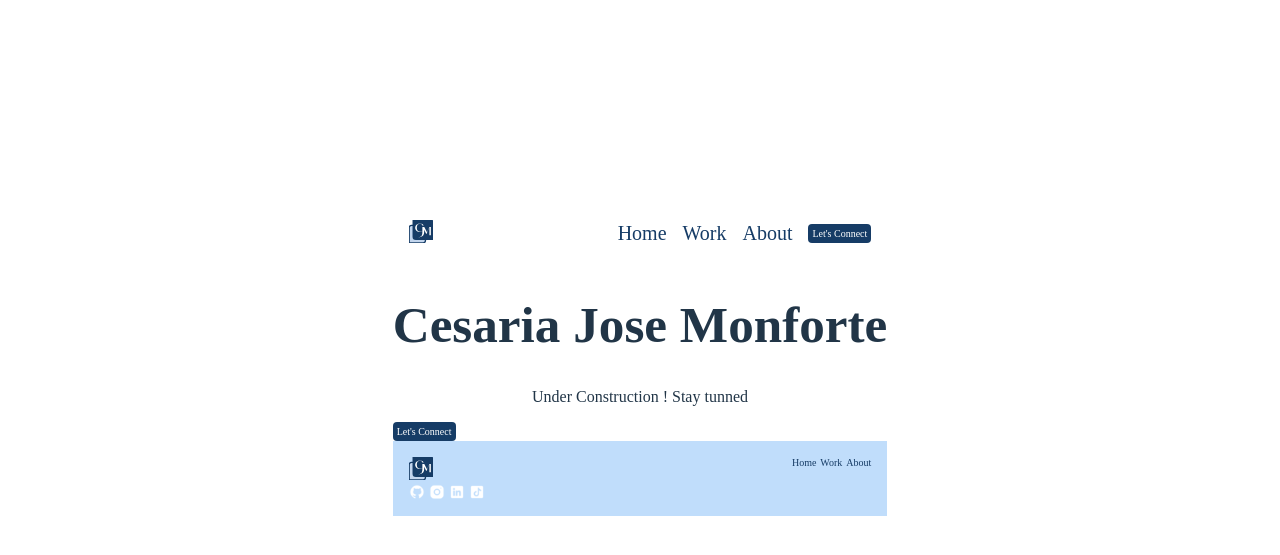
Repository: CesariaMonforte/cesariamonforte
Page: /
An editor plug-in stored every save of this project. The page is shown before and after the next save, followed by the edit.
The browser window is 1280 px wide. The pictures show the whole page.
The project was rebuilt for these pictures with package versions that can differ from the ones it lists, and the page was loaded fresh each time. Also part of the build but not shown: vite.config.js.

Above is the page before, as saved 2026-01-25 13:50:25.

### index.html
<!doctype html>
<html lang="en">
  <head>
    <meta charset="UTF-8" />
    <link rel="icon" type="image/svg+xml" href="/Logo.svg" />
    <meta name="viewport" content="width=device-width, initial-scale=1.0" />
    <title>cesariamonforte</title>
  </head>
  <body>
    <div id="root"></div>
    <script type="module" src="/src/main.jsx"></script>
  </body>
</html>

### src/index.css
a {
    font-weight: 500;
    color: #163c66;
    text-decoration: inherit;
}
a:hover {
    color: #535bf2;
}

body {
    margin: 0;
    display: flex;
    place-items: center;
    min-width: 320px;
    min-height: 100vh;
}

h1 {
    font-size: 3.2em;
    line-height: 1.1;
}

button {
    border-radius: 8px;
    border: 1px solid transparent;
    padding: 0.6em 1.2em;
    font-size: 1em;
    font-weight: 500;
    font-family: inherit;
    background-color: #1a1a1a;
    cursor: pointer;
    transition: border-color 0.25s;
}
button:hover {
    border-color: #646cff;
}
button:focus,
button:focus-visible {
    outline: 4px auto -webkit-focus-ring-color;
}

@media (prefers-color-scheme: light) {
    :root {
        color: #213547;
        background-color: #ffffff;
    }
    a:hover {
        color: #747bff;
    }
    button {
        background-color: #f9f9f9;
    }
}

/* ------------------------------------------------------ VARIABLES ------------------------------------------------------ */
:root {
    /* ----- COLORS ----- */
    --primary-50: #ebf4fe;
    --primary-100: #c0ddfb;
    --primary-200: #a2ccf9;
    --primary-300: #78b5f7;
    --primary-400: #5da6f5;
    --primary-500: #3590f3;
    --primary-600: #3083dd;
    --primary-700: #2666ad;
    --primary-800: #1d4f86;
    --primary-900: #163c66;

    --secondary-500: #aadc66;
    --secondary-100: #e5f4d0;
    --secondary-700: #799c48;
    /* -- neutral colors -- */

    --bege-500: #fdf7eb;
    --white: #ffffff;
    --black-500: #060606;
    --black-400: #383838;
    --black-300: #585858;
    --black-200: #8c8c8c;
    --black-100: #b2b2b2;
    --black-50: #e6e6e6;

    /* -- warn colors -- */

    --yellow-500: #ffbf00;
    --orange-500: #ff6600;
    --red-500: #ff2f3d;

    /* ----- TYPE ----- */
    --font-family: "Bricolage Grotesque", sans-serif;

    --font-size-extra-large: 88px;
    --font-size-large: 30px;
    --font-size-extra-medium: 24px;
    --font-size-medium: 20px;
    --font-size-regular: 16px;
    --font-size-small: 12px;
    --font-size-extra-small: 10px;

    --font-style-normal: normal;
    --font-weight-bold: bold;

    --line-height-xxlarge: 100px;
    --line-height-large: 36px;
    --line-height-medium: 28px;
    --line-height-small: 20px;

    /* ----- SPACING ----- */
    --space-extra-small: 4px;
    --space-small: 8px;
    --space-regular: 16px;
    --space-medium: 32px;
    --space-large: 48px;
    --space-extra-large: 140px;
}

### src/App.jsx
import { useState } from "react";
import "./App.css";

import NavBar from "./_ui/NavBar/NavBar";
import Footer from "./_ui/Footer/Footer";
import RegButton from "./_ui/RegButton/RegButton";

function App() {
    function handleConnect() {}

    return (
        <div>
            <NavBar />

            <div>
                <h1>Cesaria Jose Monforte</h1>
                <p>Under Construction ! Stay tunned</p>
            </div>

            <RegButton
                button_text="Let's Connect"
                onclick={handleConnect}
            />

            <Footer />
        </div>
    );
}

export default App;

### src/_ui/NavBar/NavBar.jsx
import styles from "./NavBar.module.css";

import RegButton from "../RegButton/RegButton";

function NavBar({}) {
    return (
        <div className={styles.navbar}>
            <div>
                <img
                    src='/Logo.svg'
                    alt='logo'
                    className={styles.logo}
                />
            </div>

            <div className={styles.navLinks}>
                <a href='/'>Home</a>
                <a href='/'>Work</a>
                <a href='/'>About</a>
                <RegButton button_text={"Let's Connect"} />
            </div>
        </div>
    );
}
export default NavBar;

### src/_ui/Footer/Footer.jsx
import styles from "./Footer.module.css";

function Footer({}) {
    return (
        <div className={styles.footer_container}>
            <div className={styles.container_logo_connection}>
                <img
                    src='/Logo.svg'
                    alt='logo'
                    className={styles.logo}
                />
                <div className={styles.connection_links}>
                    <img
                        src='/GitHub.svg'
                        alt='logo'
                        className={styles.connection}
                    />
                    <img
                        src='/Instagram.svg'
                        alt='logo'
                        className={styles.connection}
                    />
                    <img
                        src='/LinkedIn.svg'
                        alt='logo'
                        className={styles.connection}
                    />
                    <img
                        src='/TikTok.svg'
                        alt='logo'
                        className={styles.connection}
                    />
                </div>
            </div>

            <div className={styles.navLinks}>
                <a href='/'>Home</a>
                <a href='/'>Work</a>
                <a href='/'>About</a>
            </div>
        </div>
    );
}
export default Footer;

### src/_ui/RegButton/RegButton.jsx
import styles from "./RegButton.module.css";

function RegButton({ button_text, onclick }) {
    return (
        <>
            <div
                onclick={onclick}
                className={styles.button_reg}>
                {button_text}
            </div>
        </>
    );
}

export default RegButton;

### src/_ui/NavBar/NavBar.module.css
/* Extra small devices  */
@media (min-width: 200px) {
    .navbar {
        display: flex;
        flex-direction: row;
        justify-content: space-between;
        align-items: center;
        padding: 1rem;
        background-color: var(--white);
    }
    .navLinks {
        display: flex;
        flex-direction: row;
        justify-content: space-between;
        align-items: center;
        color: var(--primary-900);
        gap: 1rem;
        font-size: var(--font-size-extra-small);
    }
    .logo {
        width: 24px;
        height: auto;
    }
}

/* Regular iphone and tablet */

@media (min-width: 600px) {
    .navbar {
        display: flex;
        flex-direction: row;
        justify-content: space-between;
        align-items: center;
        padding: 1rem;
        background-color: var(--white);
    }
    .navLinks {
        display: flex;
        flex-direction: row;
        justify-content: space-between;
        align-items: center;
        color: var(--primary-900);
        gap: 1rem;
        font-size: var(--font-size-small);
    }
    .logo {
        width: 24px;
        height: auto;
    }
}

/* Laptops Desktop Devices */
@media (min-width: 900px) {
    .navbar {
        display: flex;
        flex-direction: row;
        justify-content: space-between;
        align-items: center;
        padding: 1rem;
        background-color: var(--white);
    }
    .navLinks {
        display: flex;
        flex-direction: row;
        justify-content: space-between;
        align-items: center;
        color: var(--primary-900);
        gap: 1rem;
        font-size: var(--font-size-medium);
    }
    .logo {
        width: 24px;
        height: auto;
    }
}

/* Extra large Desktop Devices */
@media (min-width: 1300) {
    .navbar {
        display: flex;
        flex-direction: row;
        justify-content: space-between;
        align-items: center;
        padding: 1rem;
        background-color: var(--white);
    }
    .navLinks {
        display: flex;
        flex-direction: row;
        justify-content: space-between;
        align-items: center;
        color: var(--primary-900);
        gap: 1rem;
        font-size: var(--font-size-medium);
    }
    .logo {
        width: 24px;
        height: auto;
    }
}

### src/_ui/Footer/Footer.module.css
/* Extra small devices  */
@media (min-width: 200px) {
    .footer_container {
        display: flex;
        flex-direction: row;

        align-items: flex-start;
        justify-content: space-between;
        padding: 1rem;
        background-color: var(--primary-100);
    }
    .navLinks {
        display: flex;
        flex-direction: row;
        gap: var(--space-extra-small);
        align-items: flex-end;
        color: var(--primary-900);
        font-size: var(--font-size-extra-small);
    }
    .logo {
        width: 24px;
        height: auto;
    }

    .container_logo_connection {
        display: flex;
        flex-direction: column;
        align-items: flex-start;
        gap: var(--space-extra-small);
    }

    .connection_links {
        display: flex;
        flex-direction: row;
        gap: var(--space-extra-small);
    }
    .connection {
        width: 16px;
        height: auto;
    }
}

/* Regular iphone and tablet */

@media (min-width: 600px) {
    .footer_container {
        display: flex;
        flex-direction: row;
        justify-content: space-between;
        align-items: flex-start;
        padding: 1rem;
        background-color: var(--primary-100);
    }
    .navLinks {
        display: flex;
        flex-direction: row;
        gap: var(--space-extra-small);
        align-items: flex-end;
        color: var(--primary-900);
        font-size: var(--font-size-extra-small);
    }
    .logo {
        width: 24px;
        height: auto;
    }

    .container_logo_connection {
        display: flex;
        flex-direction: column;
        align-items: flex-start;
        gap: var(--space-extra-small);
    }

    .connection_links {
        display: flex;
        flex-direction: row;
        gap: var(--space-extra-small);
    }
    .connection {
        width: 16px;
        height: auto;
    }
}

/* Laptops Desktop Devices */
@media (min-width: 900px) {
    .footer_container {
        display: flex;
        justify-content: space-between;
        flex-direction: row;
        align-items: flex-start;
        padding: 1rem;
        background-color: var(--primary-100);
    }
    .navLinks {
        display: flex;
        flex-direction: row;
        gap: var(--space-extra-small);
        align-items: flex-end;
        color: var(--primary-900);
        font-size: var(--font-size-extra-small);
    }
    .logo {
        width: 24px;
        height: auto;
    }

    .container_logo_connection {
        display: flex;
        flex-direction: column;
        align-items: flex-start;
        gap: var(--space-extra-small);
    }

    .connection_links {
        display: flex;
        flex-direction: row;
        gap: var(--space-extra-small);
    }
    .connection {
        width: 16px;
        height: auto;
    }
}

/* Extra large Desktop Devices */
@media (min-width: 1300) {
    .navbar {
        display: flex;
        flex-direction: row;
        justify-content: space-between;
        align-items: center;
        padding: 1rem;
        background-color: var(--white);
    }
    .navLinks {
        display: flex;
        flex-direction: row;
        justify-content: space-between;
        align-items: center;
        color: var(--primary-900);
        gap: 1rem;
        font-size: var(--font-size-medium);
    }
    .logo {
        width: 24px;
        height: auto;
    }
}

### src/_ui/RegButton/RegButton.module.css
.button_reg {
    background-color: var(--primary-900);
    border-radius: var(--space-extra-small);
    color: var(--white);
    font-size: var(--font-size-extra-small);
    padding: var(--space-extra-small);
    width: fit-content;
    height: auto;
}

.button_reg:hover {
    background-color: var(--white);
    border-radius: var(--space-extra-small);
    color: var(--primary-900);
    font-size: var(--font-size-extra-small);
    padding: var(--space-extra-small);
    width: fit-content;
    height: auto;
    border: 1px solid var(--primary-900);
}

Loaded but not shown: src/main.jsx (common file); src/App.css (common file)

After the next save:
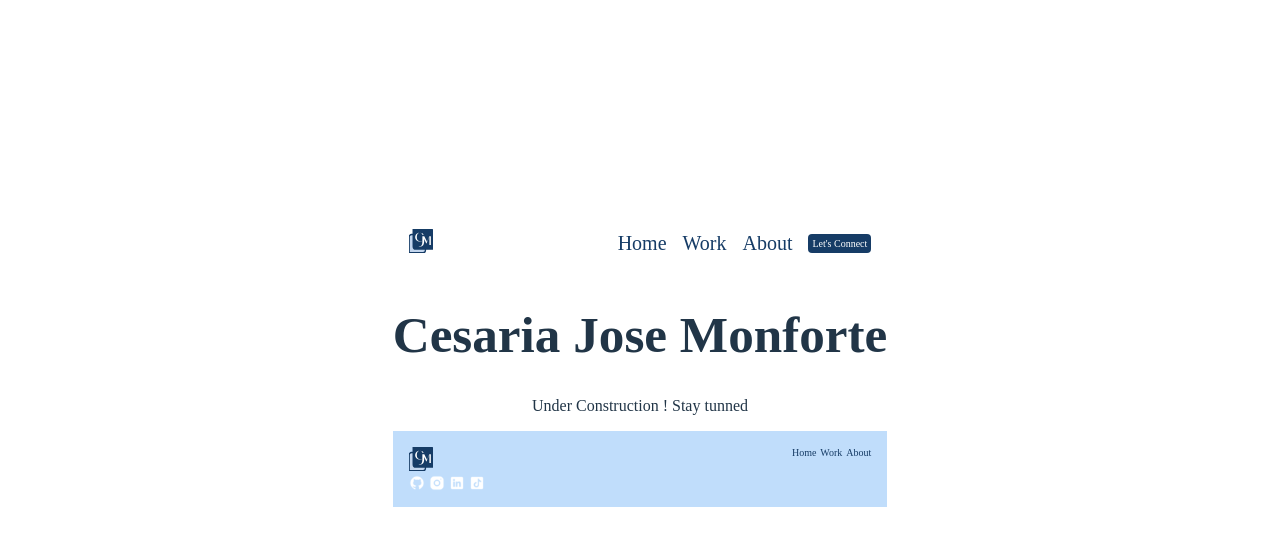
Saved 23 s later.
--- a/src/App.jsx
+++ b/src/App.jsx
@@ -17,11 +17,6 @@ function App() {
                 <p>Under Construction ! Stay tunned</p>
             </div>
 
-            <RegButton
-                button_text="Let's Connect"
-                onclick={handleConnect}
-            />
-
             <Footer />
         </div>
     );
